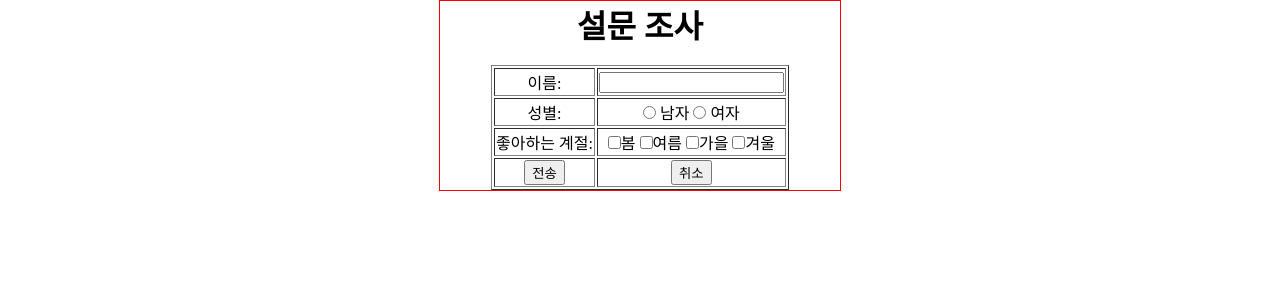
Repository: hangilyon/allJSPStudy
Page: http://localhost/jsp02/quiz02.jsp
These files come from the project's save history. The page is drawn as it stood at one moment and after the next save; the edit follows.
The browser window is 1280 px wide. The pictures show the whole page.
The page is served by Tomcat 9.

Above is the page before, as saved 2021-10-20 09:25:45.

After the next save:
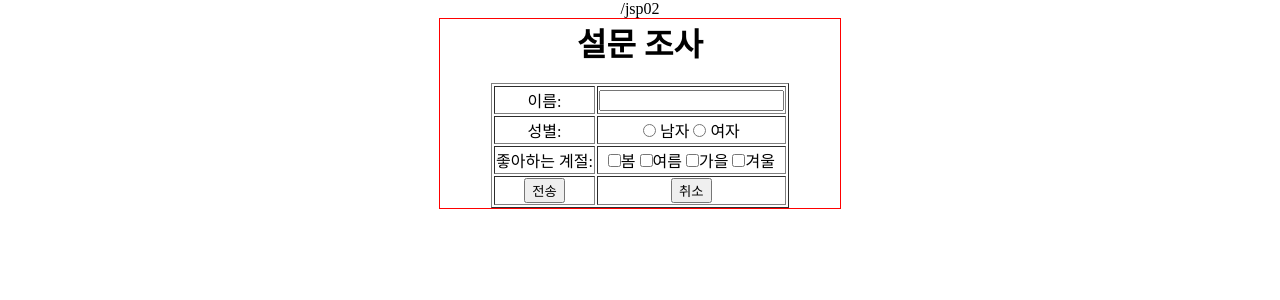
Saved 64 s later.
--- a/jsp02/src/main/webapp/quiz02.jsp
+++ b/jsp02/src/main/webapp/quiz02.jsp
@@ -17,7 +17,7 @@
 	}
 </style>
 </head>
-<body>
+<body>${pageContext.request.contextPath}
 	<form action="${pageContext.request.contextPath}/views02.jsp">
 		<h1>설문 조사</h1><br>
 		<table border="1">

After the save that followed:
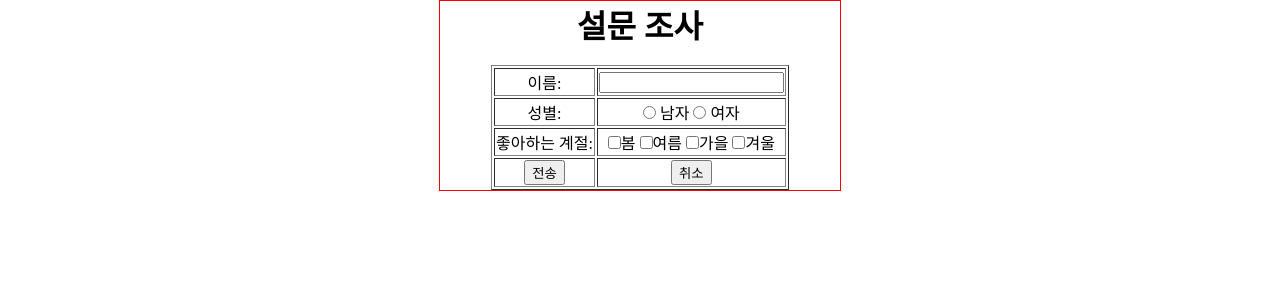
Saved 24 s later.
--- a/jsp02/src/main/webapp/quiz02.jsp
+++ b/jsp02/src/main/webapp/quiz02.jsp
@@ -17,7 +17,7 @@
 	}
 </style>
 </head>
-<body>${pageContext.request.contextPath}
+<body>
 	<form action="${pageContext.request.contextPath}/views02.jsp">
 		<h1>설문 조사</h1><br>
 		<table border="1">
